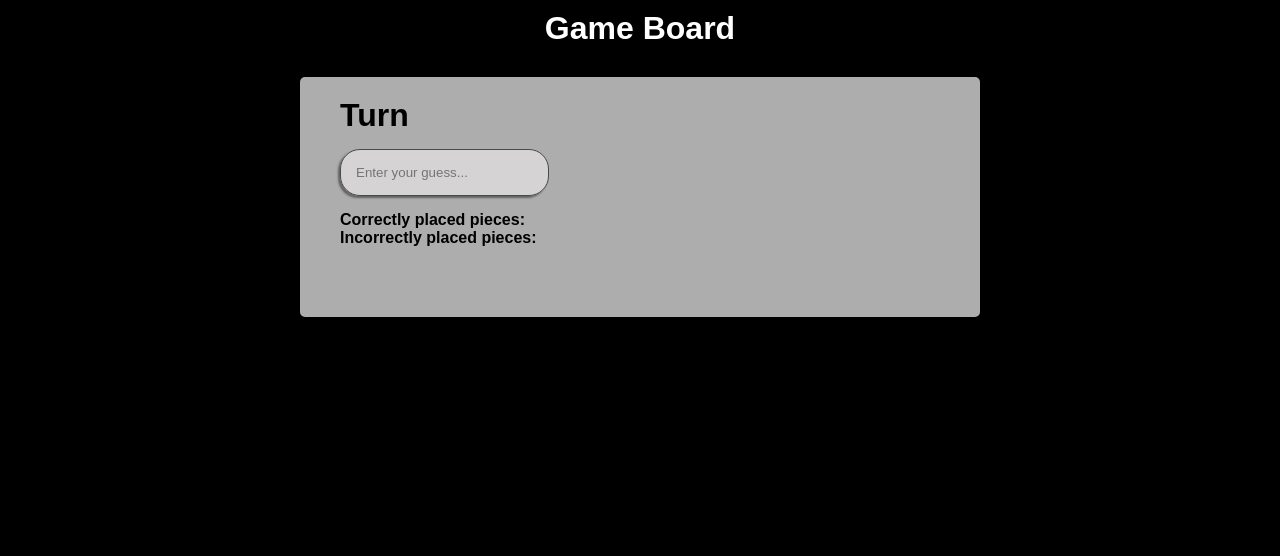
Repository: programmer686/Mastermind-with-Next.js
Page: /, after clicking the first element matching `button.StartScreen_51d34_startscreen__play_button`
The author's editor kept a copy of each file at every save. The page is drawn from the files as they stood at one save, then again after a run of saves.
The browser window is 1280 px wide. The pictures show the whole page.
The project was rebuilt for these pictures with package versions that can differ from the ones it lists, and the page was loaded fresh each time. The framework's server and built-in components were replaced by stand-ins that run in the browser. Also part of the build but not shown: next.config.js, src/styles/StartScreen.module.css.

Above is the page before, as saved 2023-07-18 19:38:49.

After the next 2 saves:
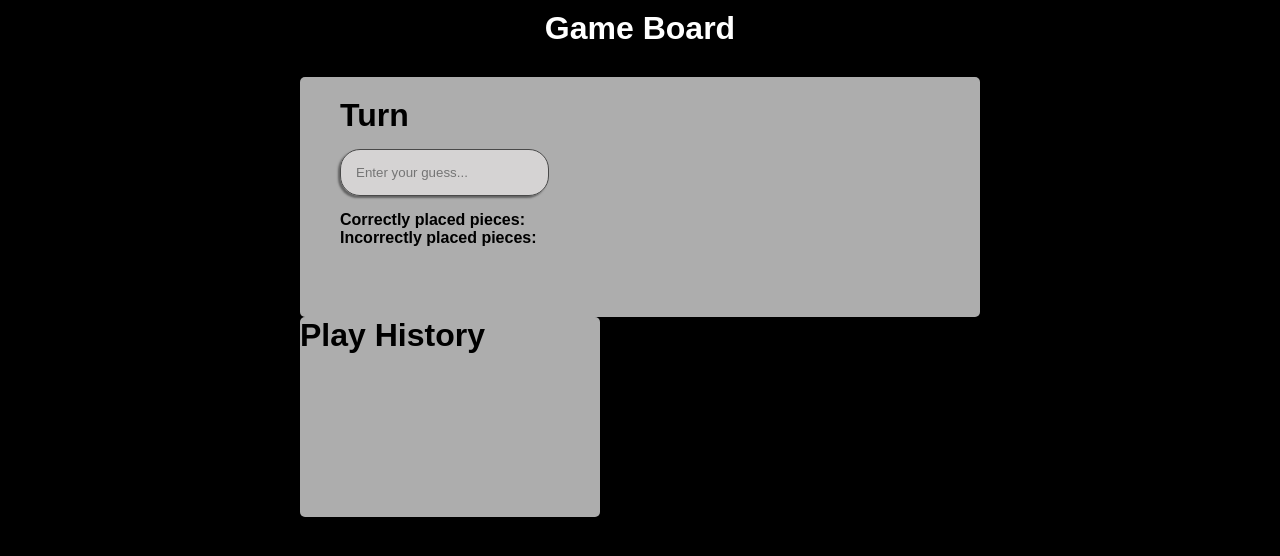
The 2 saves are shown as one change because 1 did not build or start.
The last was saved 77 s later.
--- a/src/comps/GamePlay.js
+++ b/src/comps/GamePlay.js
@@ -2,11 +2,12 @@ import styles from '@/styles/GamePlay.module.css'
 import { useState } from 'react';
 import Logic from './Logic';
 import Results from './Results';
-
+import PastPlay from './PastPlay';
 
 export default function GamePlay(props) {
     const [userInput, setUserInput] = useState("")
     const [guessResults, setGuessResult] = useState([]);
+    const [playHistory, setPlayHistory] = useState([]);
 
     function getUserValue(event) {
         if (!(/[a-zA-Z]/gi.test(event.target.value)) && event.target.value.length <= 4) {
@@ -20,28 +21,31 @@ export default function GamePlay(props) {
         event.preventDefault();
         setUserInput(userInput);
         setGuessResult(Logic(userInput, '1234'));
-        props.setPlayHistory(prev => {
+        setPlayHistory(prev => {
             prev.push(Logic(userInput, '1234'))
         })
     }
   };
 
     return (
-        <main className={styles.GamePlay__board }>
-            <h1 className={styles.GamePlay__title}>Turn</h1>
-            <form>
-                <input
-                    className={styles.GamePlay__userInput_btn}
-                    value={userInput}
-                    id="user_input"
-                    type="text"
-                    onChange={getUserValue}
-                    onKeyDown={submitUserInput}
-                    placeholder="Enter your guess..."
-                />
-            </form>
-            <Results correctly_placed={guessResults[0]} incorretly_placed={guessResults[1]}/>
+        <main>
+            <div className={styles.GamePlay__board }>
+                <h1 className={styles.GamePlay__title}>Turn</h1>
+                <form>
+                    <input
+                        className={styles.GamePlay__userInput_btn}
+                        value={userInput}
+                        id="user_input"
+                        type="text"
+                        onChange={getUserValue}
+                        onKeyDown={submitUserInput}
+                        placeholder="Enter your guess..."
+                    />
+                </form>
+                <Results correctly_placed={guessResults[0]} incorretly_placed={guessResults[1]}/>
+            </div>
 
+         <PastPlay playHistory={playHistory}/>
 
         </main>
     )
